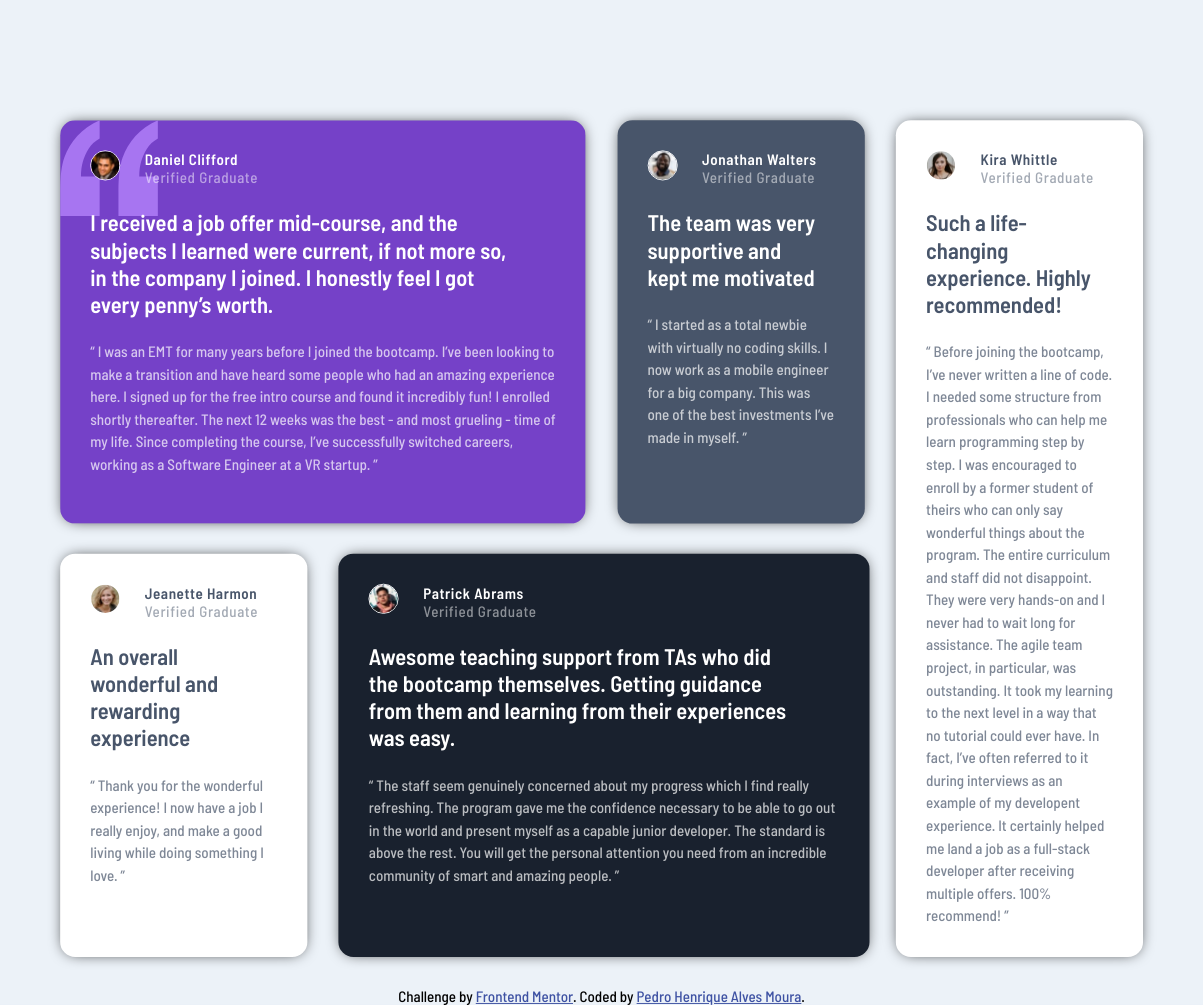
Repository: Pedrohamoura-Git/Frontend-Mentor-Challenges
Page: Junior/testimonials-grid-section-main/index.html
An editor plug-in stored every save of this project. The page is shown before and after a run of saves, followed by the edit.
The browser window is 1280 px wide. The pictures show the whole page, at 94% of full size.

Above is the page before, as saved 2021-06-02 12:11:22.

### Junior/testimonials-grid-section-main/index.html
<!DOCTYPE html>
<html lang="en">
<head>
  <meta charset="UTF-8">
  <meta name="viewport" content="width=device-width, initial-scale=1.0"> <!-- displays site properly based on user's device -->

  <link rel="stylesheet" href="css/style.css">

  <title>Frontend Mentor | [Challenge Name Here]</title>

  <!-- Feel free to remove these styles or customise in your own stylesheet 👍 -->
  <style>
    .attribution { font-size: 11px; text-align: center; }
    .attribution a { color: hsl(228, 45%, 44%); }
  </style>
</head>
<body>

  <div id="wrapper">
    <div id="cards">
      <div id="card1">
        <header class="quotes">
          <div class="picture">
            <img  src="images/image-daniel.jpg" alt="Daniel Clifford's Picture">
          </div>

          <div class="profile">
            <p>Daniel Clifford</p>
            <p class="status">Verified Graduate</p>
          </div>
        </header>


        <h2>I received a job offer mid-course, and the subjects I learned were current, if not more so, in the company I joined. I honestly feel I got every penny’s worth.</h2>

        <p class="reviews">“ I was an EMT for many years before I joined the bootcamp. I’ve been looking to make a transition and have heard some people who had an amazing experience here. I signed up for the free intro course and found it incredibly fun! I enrolled shortly thereafter. The next 12 weeks was the best - and most grueling - time of my life. Since completing the course, I’ve successfully switched careers, working as a Software Engineer at a VR startup. ”</p>
      </div>

      <div id="card2">
        <header>
          <div class="picture">
            <img src="images/image-jonathan.jpg" alt="Jonathan Walters's Picture">
          </div>

          <div class="profile">
            <p>Jonathan Walters</p>
            <p class="status">Verified Graduate</p>
          </div>
        </header>

        <h2>The team was very supportive and kept me motivated</h2>

        <p class="reviews">“ I started as a total newbie with virtually no coding skills. I now work as a mobile engineer
          for a big company. This was one of the best investments I’ve made in myself. ”</p>
      </div>


      <div id="card3">
        <header>
          <div class="picture">
            <img src="images/image-jeanette.jpg" alt="Jeanette Harmon's Picture">
          </div>

          <div class="profile">
            <p>Jeanette Harmon</p>
            <p class="status">Verified Graduate</p>
          </div>
        </header>

        <h2>An overall wonderful and rewarding experience</h2>

        <p class="reviews">“ Thank you for the wonderful experience! I now have a job I really enjoy, and make a good living
          while doing something I love. ”</p>
      </div>

      <div id="card4">
        <header>
          <div class="picture">
            <img src="images/image-patrick.jpg" alt="Patrick Abrams's Picture">
          </div>

          <div class="profile">
            <p>Patrick Abrams</p>
            <p class="status">Verified Graduate</p>
          </div>
        </header>

        <h2>Awesome teaching support from TAs who did the bootcamp themselves. Getting guidance from them and
          learning from their experiences was easy.</h2>

        <p class="reviews">“ The staff seem genuinely concerned about my progress which I find really refreshing. The program
          gave me the confidence necessary to be able to go out in the world and present myself as a capable
          junior developer. The standard is above the rest. You will get the personal attention you need from
          an incredible community of smart and amazing people. ”</p>
      </div>

      <div id="card5">
        <header>
          <div class="picture">
            <img src="images/image-kira.jpg" alt="Kira Whittle's Picture">
          </div>

          <div class="profile">
            <p>Kira Whittle</p>
            <p class="status">Verified Graduate</p>
          </div>
        </header>

        <h2>Such a life-changing experience. Highly recommended!</h2>

        <p class="reviews">“ Before joining the bootcamp, I’ve never written a line of code. I needed some structure from
          professionals who can help me learn programming step by step. I was encouraged to enroll by a former
          student of theirs who can only say wonderful things about the program. The entire curriculum and staff
          did not disappoint. They were very hands-on and I never had to wait long for assistance. The agile team
          project, in particular, was outstanding. It took my learning to the next level in a way that no tutorial
          could ever have. In fact, I’ve often referred to it during interviews as an example of my developent
          experience. It certainly helped me land a job as a full-stack developer after receiving multiple offers.
          100% recommend! ”</p>
      </div>
    </div>
  </div>


  <footer>
    <div class="attribution" style="font-size: 1rem">
      Challenge by <a href="https://www.frontendmentor.io?ref=challenge" target="_blank">Frontend Mentor</a>.
      Coded by <a href="#">Pedro Henrique Alves Moura</a>.
    </div>
  </footer>
</body>
</html>

### Junior/testimonials-grid-section-main/css/style.css
/*
** Core Formats
*/
    @import url('https://fonts.googleapis.com/css2?family=Barlow+Semi+Condensed:ital,wght@0,500;0,600;1,500;1,600&display=swap');


    * {
        box-sizing: border-box;
        font-family: "Barlow Semi Condensed";
        margin: 0;
        padding: 0;

    }

    html {
        Font-size: 13px;
    }

    body {
        background: hsl(210, 46%, 95%);
    }


/*
** Common Formats
*/
    #cards {
        color: white;
        margin: 10% auto;
        max-width: 1730px;
        min-width: 200px;
        width: 90%;
    }
    #cards .picture img {
        border: 1.5px solid white;
        border-radius: 3rem;
        width: 55%;
    }

    #cards h2 {
        font-size: 1.5rem;
        margin-bottom: 1.5rem;
        max-width: 90%;
    }

    #cards div.profile {
        letter-spacing: .04rem;
        margin-bottom: 1.5rem;
    }

    #cards div.profile :first-child {
        font-weight: 600;
    }

    #cards div.profile p.status {
        opacity: 50%;
    }

    #cards p.reviews {
        font-size: 1rem;
        line-height: 1.5rem;
        opacity: 70%;
    }

    #card1, #card2, #card3, #card4, #card5 {
        border-radius: 1rem;
        box-shadow: 0 0 1rem -5px black;
        margin-bottom: 2rem;
        padding: 2rem;
    }


    header {
        display: flex;
    }



    /* CONFIGURAR A IMAGEM DE ASPAS DEPOIS


         #cards #card1 h2 {
        z-index: 10;
    }


    #card1 ::before {
        content: '';
        background: url(../images/bg-pattern-quotation.svg)no-repeat;
        width: 30%;
        height: 20%;
        position: absolute;
        top: 3rem;
        right: 2rem;
        z-index: 2;
    }
    } */


/*
** Format each card individually
*/
    #card1 {
        background: hsl(263, 55%, 52%);
    }

    #card1 {
        background-image: url(../images/bg-pattern-quotation.svg);
        background-repeat: no-repeat;
        /* background-position-x: 75%; */
        background-color: hsl(263, 55%, 52%);
    }


    #card2 {
        background: hsl(217, 19%, 35%);
    }


    #card3 {
        background: white;
        color: hsl(217, 19%, 35%);
    }


    #card4 {
        background: hsl(219, 29%, 14%);
    }


    #card5 {
        background: white;
        color: hsl(217, 19%, 35%);
    }



/*
** Format the footer
*/
    footer {
        margin-top: -10%;
    }


    /*
    ** Tablet Layout
    */
        @media (min-width: 720px) {

            html {
                font-size: 16px;
            }

            #cards {
                display: grid;
                grid-template-columns: repeat(2, 1fr);
                column-gap: 2.1rem;
            }

            #card1 {
                grid-column: 1 / span 2;
            }

            #card4 {
                grid-column: 1 / span 2;
            }

            #card5 {
                grid-column: 1 / span 2;
            }
        }



    /*
    ** Desktop - Layout
    */
        @media (min-width: 1080px) {
            #cards {
                display: grid;
                grid-template-columns: repeat(4, 1fr);
                grid-template-rows: repeat(2, 1fr);
            }


            #card1 {
                grid-column: 1 / span 2;
                grid-row: 1;
            }

            #card4 {
                grid-column: 2 / span 3;
                grid-row: 2;

                /* To avoid an unintentional span  */
                width: 66%;
            }


            #card5 {
                grid-column: 4;
                grid-row: 1 / span 2;
            }
        }

After the next 3 saves:
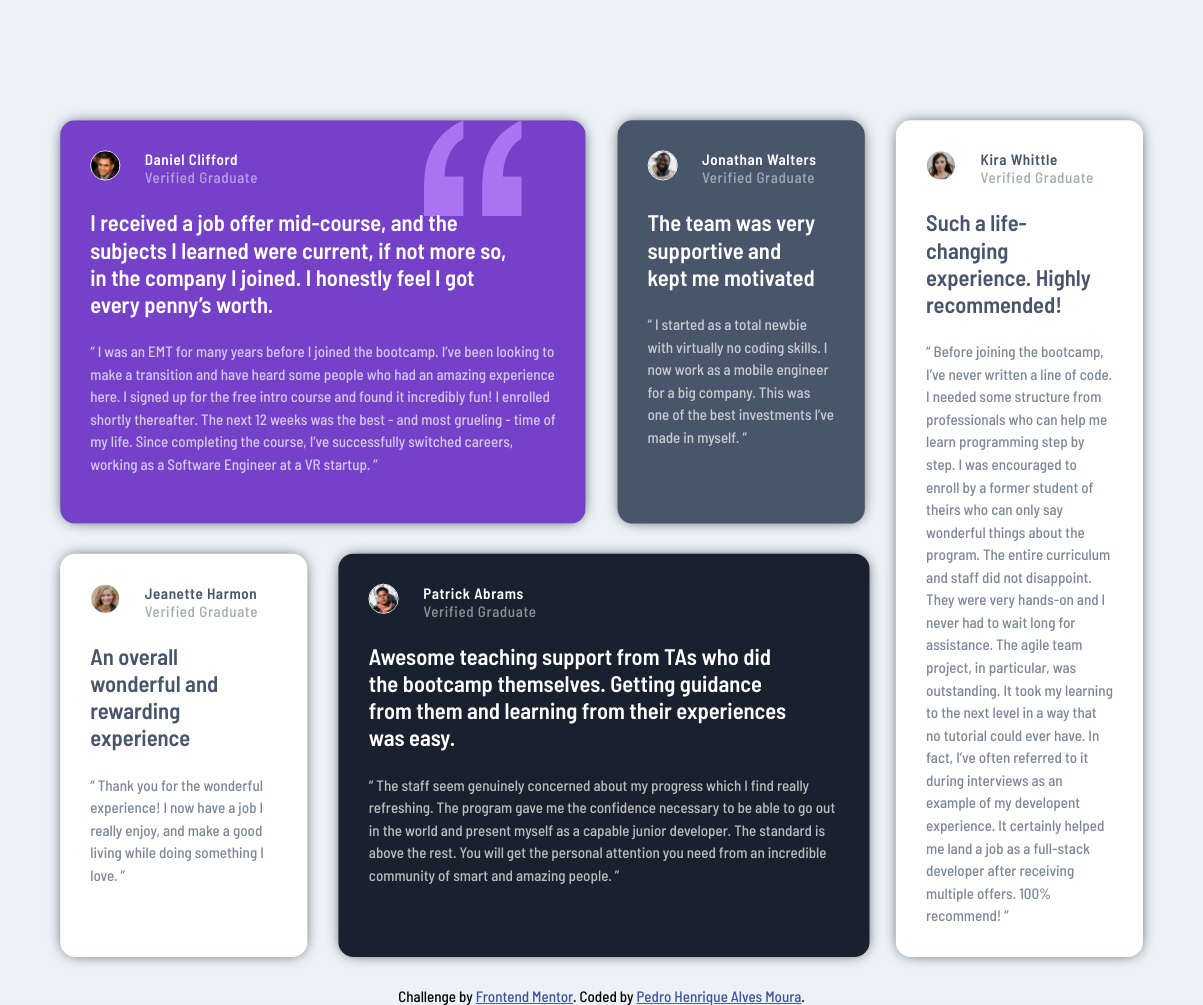
The 3 saves are shown as one change because they came seconds apart.
The last was saved 7 s later.
--- a/Junior/testimonials-grid-section-main/css/style.css
+++ b/Junior/testimonials-grid-section-main/css/style.css
@@ -107,7 +107,7 @@
     #card1 {
         background-image: url(../images/bg-pattern-quotation.svg);
         background-repeat: no-repeat;
-        /* background-position-x: 75%; */
+        background-position-x: 85%;
         background-color: hsl(263, 55%, 52%);
     }
 
